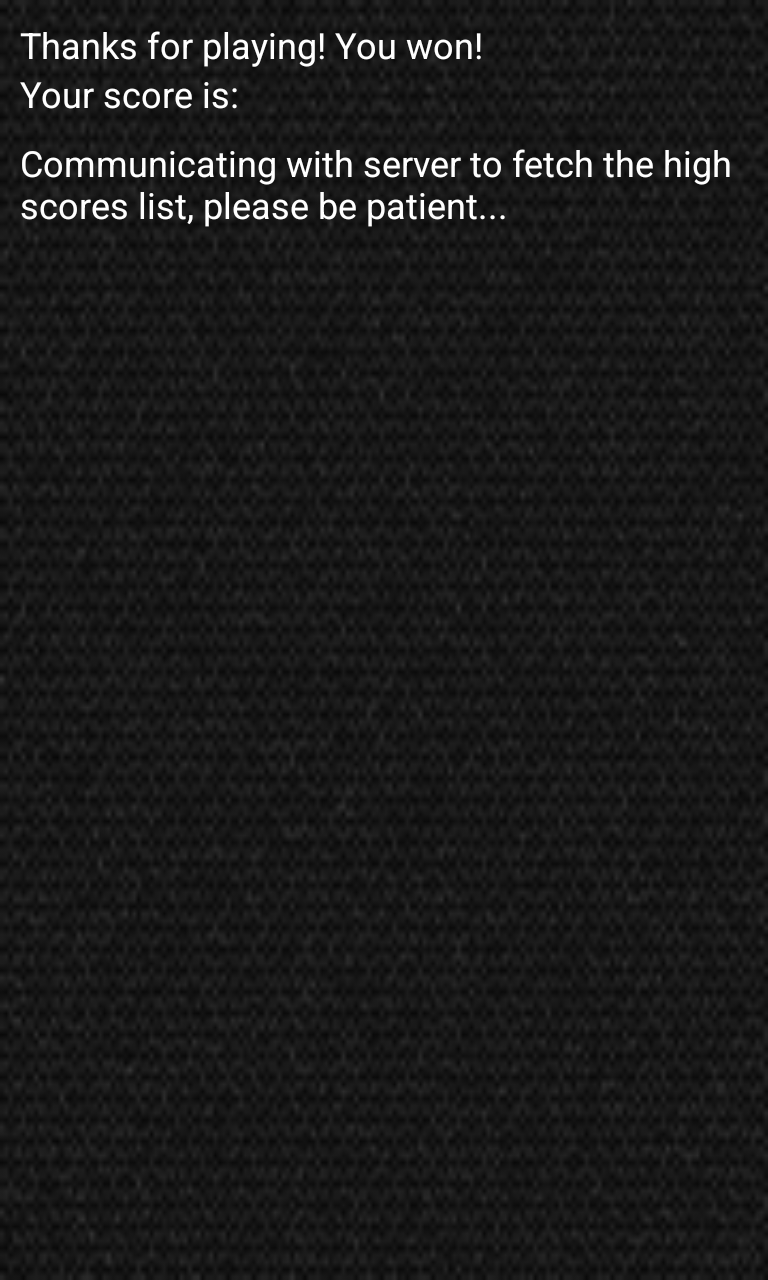
Repository: Tacohen/Killbots
Layout: Killbots/res/layout/cloud_communication.xml
These files come from the project's save history. The layout is drawn as it stood at one moment and after the next save; the edit follows.
It is drawn on a 768 x 1280 px phone screen (xhdpi) without system bars, with theme AppTheme; the app's code is not run.

Above is the layout before, as saved 2013-12-10 03:22:10.

### Killbots/res/layout/cloud_communication.xml
<?xml version="1.0" encoding="utf-8"?>
    <LinearLayout xmlns:android="http://schemas.android.com/apk/res/android"
        android:orientation="vertical"
        android:padding="10dip"
        android:layout_width="fill_parent"
        android:layout_height="fill_parent"
        android:background="@drawable/binding_dark">

        <TextView
		    android:id="@+id/winTextWaiting"
		    android:layout_width="wrap_content"
		    android:layout_height="wrap_content"
		    android:text="Thanks for playing! You won!"
		    android:textColor="#FFFFFF"
		    android:textAppearance="?android:attr/textAppearanceMedium" />

        <TextView
		    android:id="@+id/scoreTextWaiting"
		    android:layout_width="wrap_content"
		    android:layout_height="wrap_content"
		    android:text="Your score is: "
		    android:textColor="#FFFFFF"
		    android:textAppearance="?android:attr/textAppearanceMedium" />

        <TextView
            android:id="@+id/serverCommunicationText"
            android:layout_width="fill_parent"
            android:layout_height="wrap_content"
            android:layout_marginTop="10dip"
            android:textColor="#FFFFFF"
            android:textAppearance="?android:attr/textAppearanceMedium"
            android:text="Communicating with server to fetch the high scores list, please be patient..." />

    </LinearLayout>

Loaded but not shown: Killbots/res/values/styles.xml (common file); Killbots/res/values-v11/styles.xml (common file); Killbots/res/values-v14/styles.xml (common file)

After the next save:
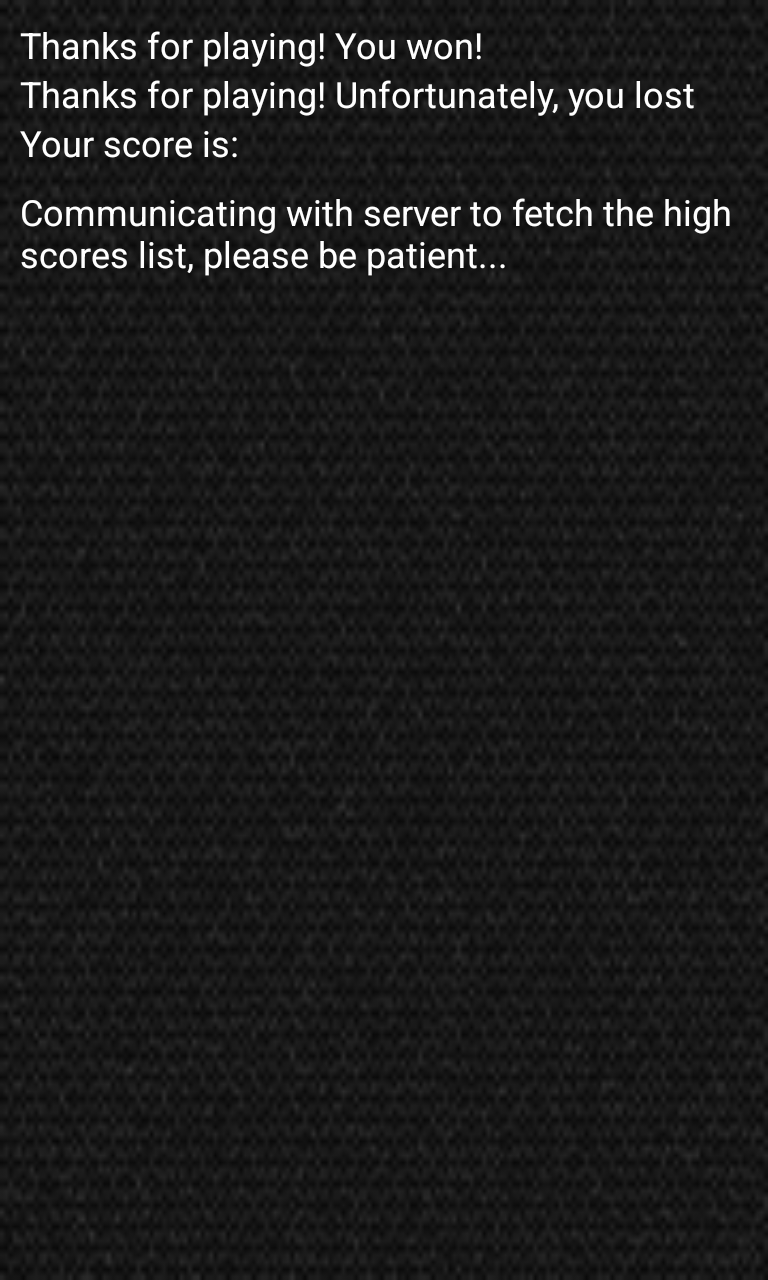
Saved 25 s later.
--- a/Killbots/res/layout/cloud_communication.xml
+++ b/Killbots/res/layout/cloud_communication.xml
@@ -11,6 +11,14 @@
 		    android:layout_width="wrap_content"
 		    android:layout_height="wrap_content"
 		    android:text="Thanks for playing! You won!"
+		    android:textColor="#FFFFFF"
+		    android:textAppearance="?android:attr/textAppearanceMedium" />
+
+        <TextView
+		    android:id="@+id/winTextWaiting"
+		    android:layout_width="wrap_content"
+		    android:layout_height="wrap_content"
+		    android:text="Thanks for playing! Unfortunately, you lost"
 		    android:textColor="#FFFFFF"
 		    android:textAppearance="?android:attr/textAppearanceMedium" />
 
